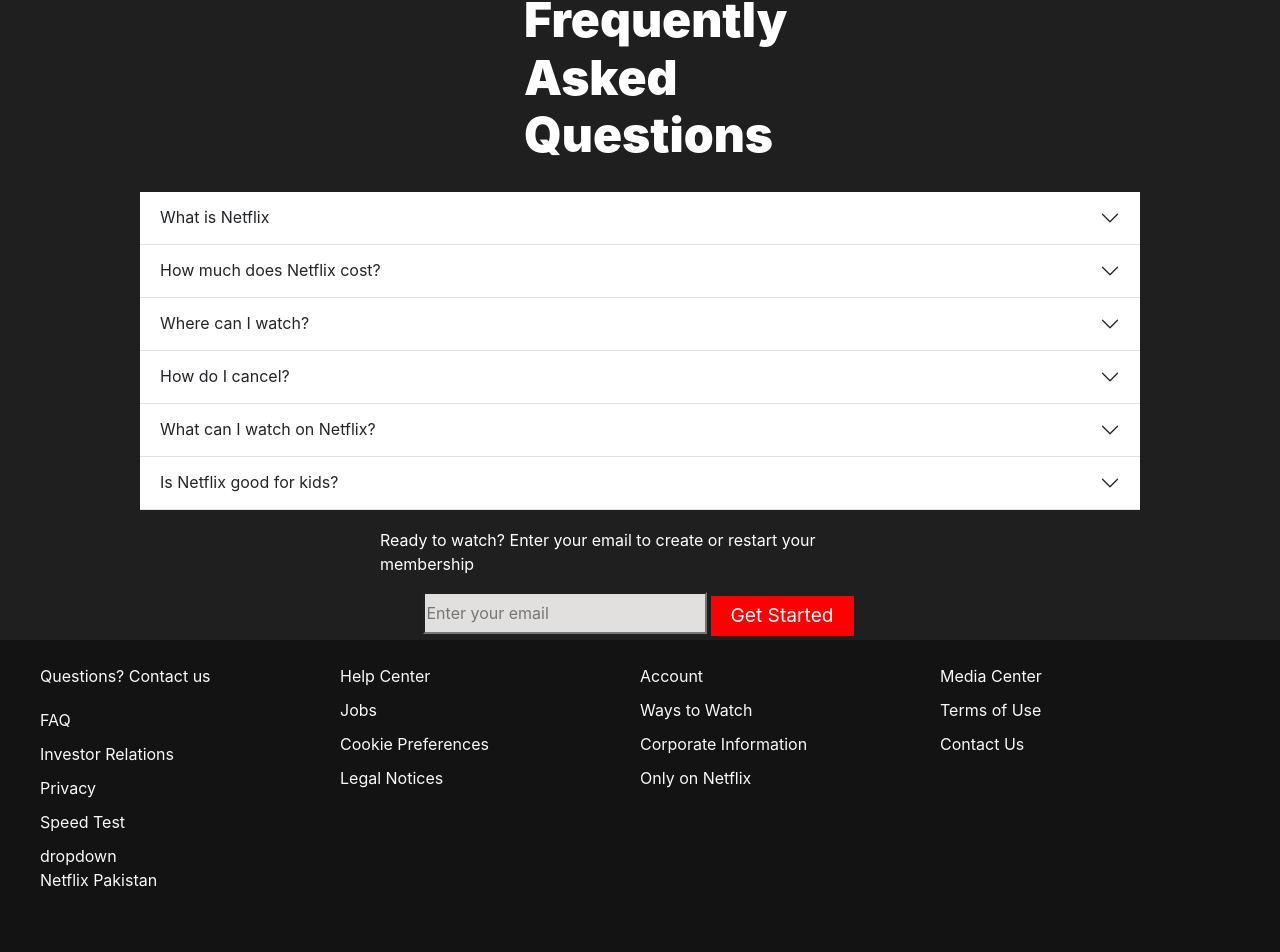
Repository: WajihaGul/Netflix-Clone
Page: /
An editor plug-in stored every save of this project. The page is shown before and after the next save, followed by the edit.
The browser window is 1280 px wide. The pictures show the part of the page from y = 662 to 1614 px (the page is 1614 px tall before and 1589 px after).
The project was rebuilt for these pictures with package versions that can differ from the ones it lists, and the page was loaded fresh each time. Also part of the build but not shown: src/App.css.

Above is the page before, as saved 2024-05-24 16:33:11.

After the next save:
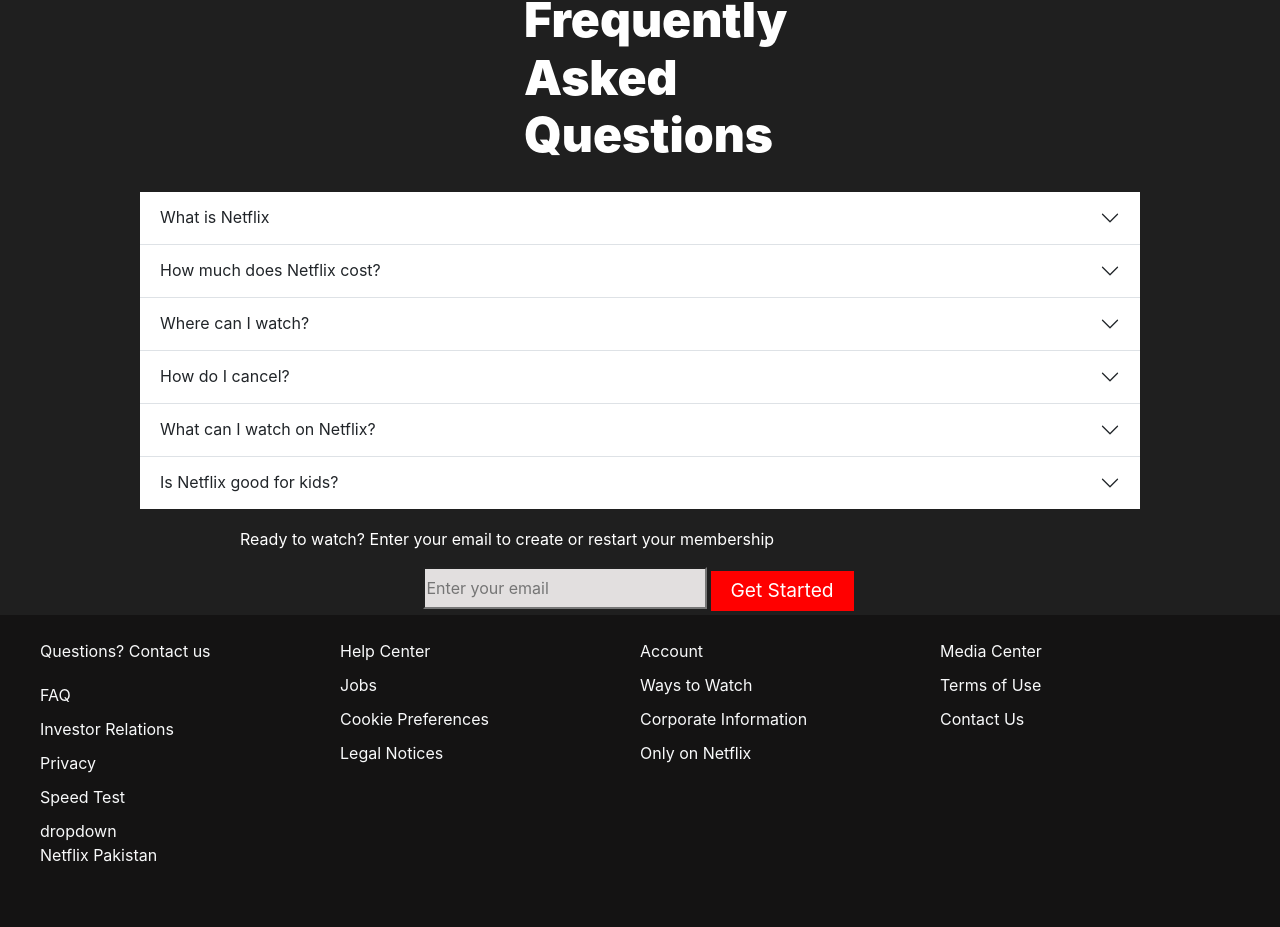
Saved 26 s later.
--- a/src/Components/FAQs/FAQs.jsx
+++ b/src/Components/FAQs/FAQs.jsx
@@ -171,23 +171,22 @@
               </div>
             </div>
           </div>
-
-          <div>
-            <p className={styles.SignupText}>
-              Ready to watch? Enter your email to create or restart your
-              membership
-            </p>
-            <div className={styles.signupwithbtn}>
-              <input
-                className={styles.SignupForm}
-                type="email"
-                id="email"
-                name="email"
-                placeholder="Enter your email"
-                required
-              />
-              <button className={styles.SignUpBtn}>Get Started</button>
-            </div>
+        </div>
+        <div>
+          <p className={styles.SignupText}>
+            Ready to watch? Enter your email to create or restart your
+            membership
+          </p>
+          <div className={styles.signupwithbtn}>
+            <input
+              className={styles.SignupForm}
+              type="email"
+              id="email"
+              name="email"
+              placeholder="Enter your email"
+              required
+            />
+            <button className={styles.SignUpBtn}>Get Started</button>
           </div>
         </div>
       </div>
